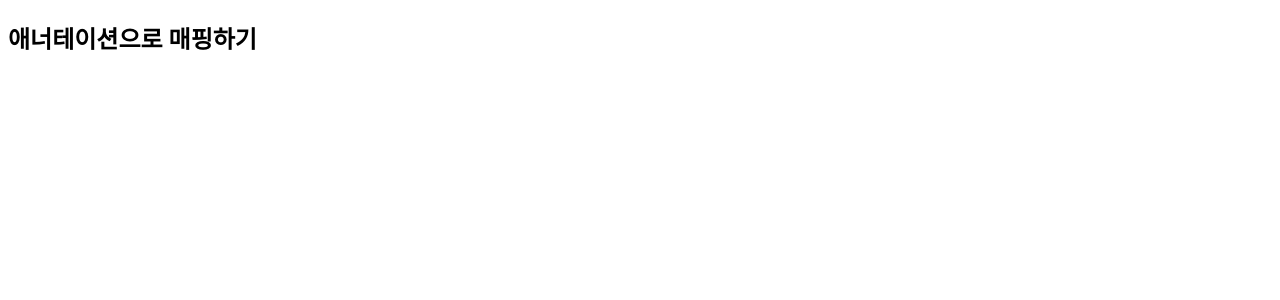
Repository: Charles0304/JSP
Page: http://localhost/MustHaveJSP/12Servlet/AnnoMapping.jsp
These files come from the project's save history. The page is drawn as it stood at one moment and after the next save; the edit follows.
The browser window is 1280 px wide. The pictures show the whole page.
The page is served by Tomcat 10. Nobody is signed in. The application's start-up code is not run. Other server files are loaded and not shown.

Above is the page before, as saved 2024-04-26 06:27:17.

### MustHaveJSP/src/main/webapp/12Servlet/AnnoMapping.jsp
<%@ page language="java" contentType="text/html; charset=UTF-8"
    pageEncoding="UTF-8"%>
<!DOCTYPE html>
<html>
<head>
<meta charset="UTF-8">
<title>AnnoMapping.jsp</title>
</head>
<body>
	<h2>애너테이션으로 매핑하기</h2>
	<p>


	</p>
</body>
</html>

After the next save:
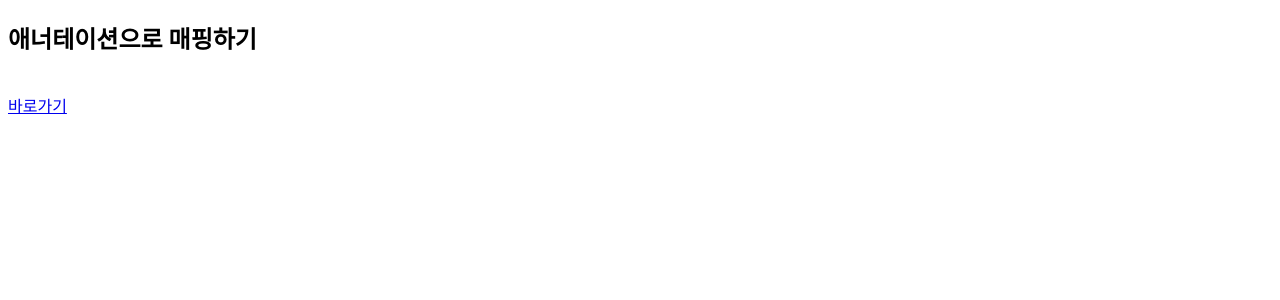
Saved 43 s later.
--- a/MustHaveJSP/src/main/webapp/12Servlet/AnnoMapping.jsp
+++ b/MustHaveJSP/src/main/webapp/12Servlet/AnnoMapping.jsp
@@ -9,8 +9,9 @@
 <body>
 	<h2>애너테이션으로 매핑하기</h2>
 	<p>
-
-
+		<strong>${message }</strong>
+		<br/>
+		<a href="<%= request.getContextPath() %>/12Servlet/AnnoMapping.do">바로가기</a>
 	</p>
 </body>
 </html>
